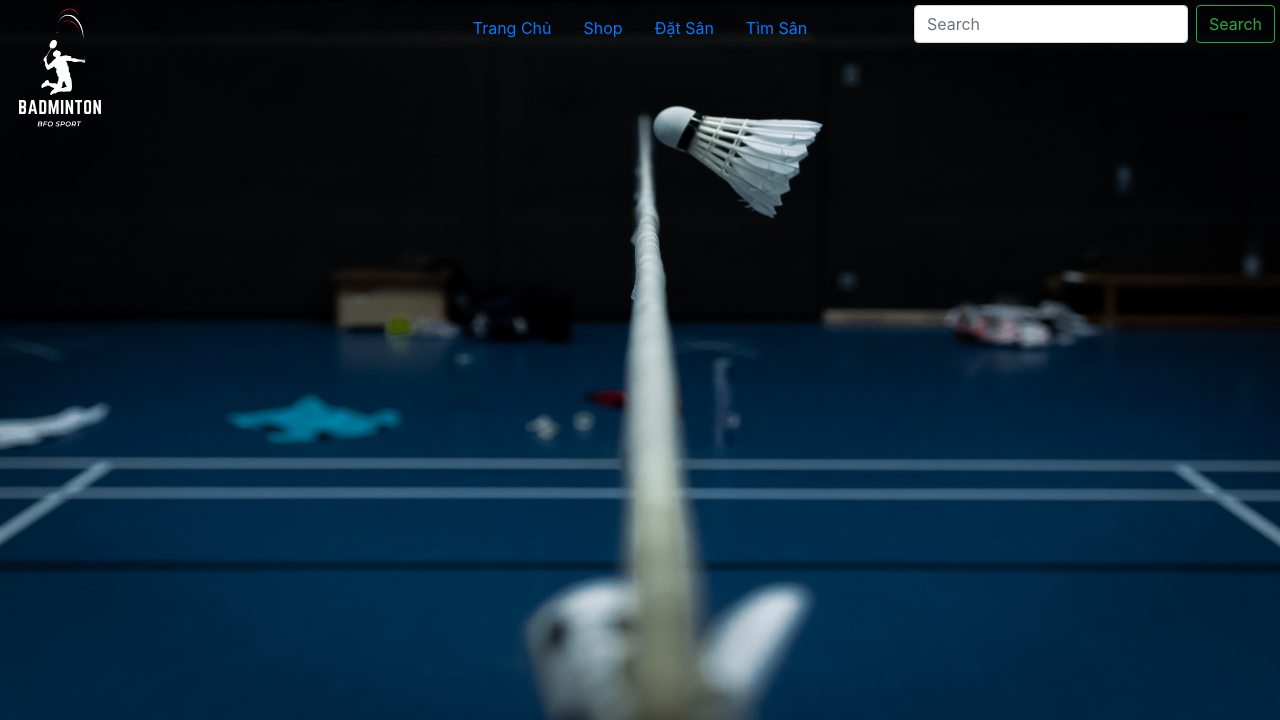
Repository: tsthuy/Badminton
Page: index.html
The author's editor kept a copy of each file at every save. The page is drawn from the files as they stood at one save, then again after the next save.
The browser window is 1280 px wide. The pictures show the whole page.
Some web libraries are served in a nearby version.

Above is the page before, as saved 2023-10-13 21:08:13.

After the next save:
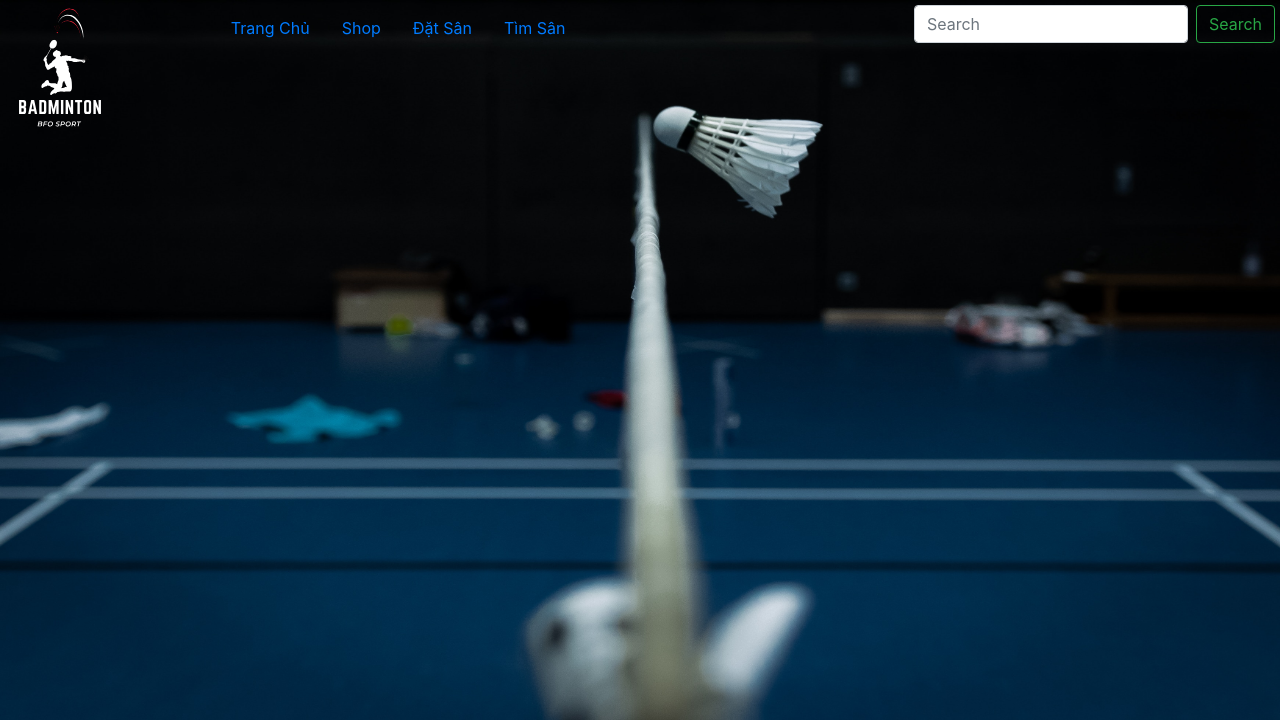
Saved 5 min 4 s later.
--- a/index.html
+++ b/index.html
@@ -28,6 +28,10 @@
     <a class="nav-link" href="#">Tìm Sân</a>
   </li>
 </ul>
+<button id="cart">
+    <i class="fa fa-shopping-basket" aria-hidden="true"></i>
+    Giỏ Hàng
+</button>
 <div class="form_header">
 <form class="form-inline my-2 my-lg-0">
     <input class="form-control mr-sm-2" type="search" placeholder="Search" aria-label="Search">
